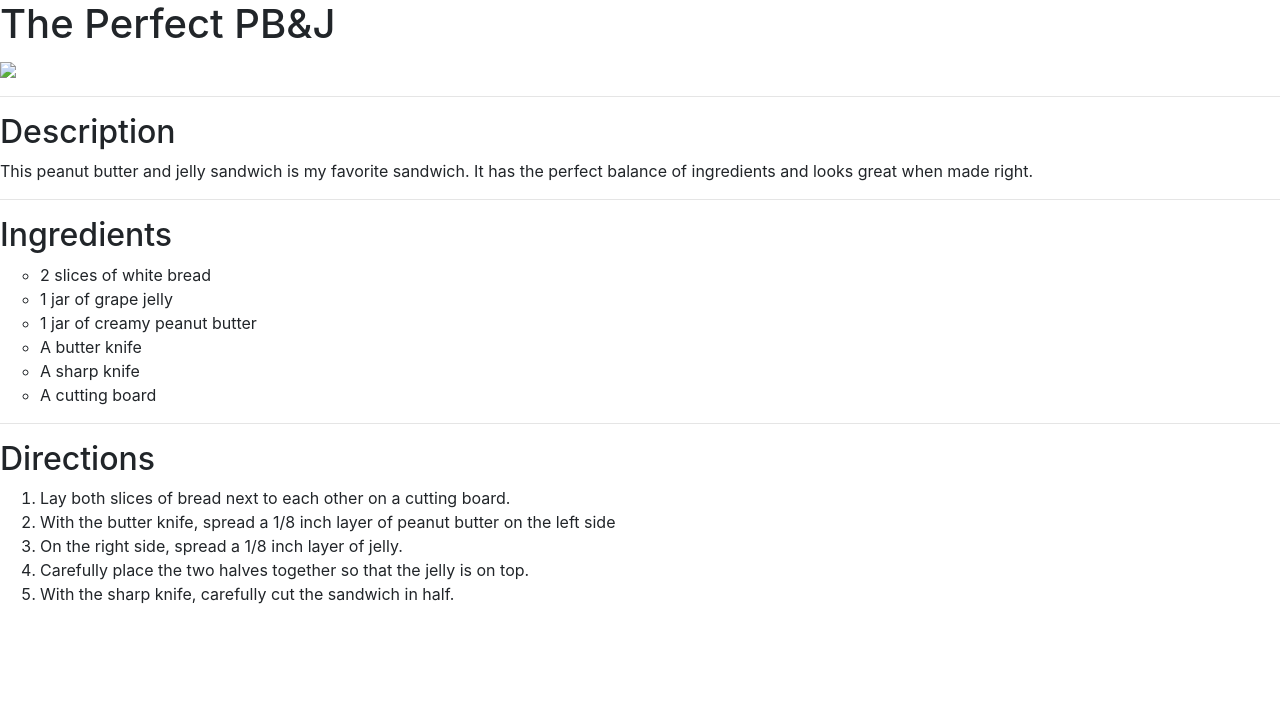
Repository: 9-5-pursuit/lab-intro-to-html
Page: recipe.html
An editor plug-in stored every save of this project. The page is shown before and after the next save, followed by the edit.
The browser window is 1280 px wide. The pictures show the whole page.

Above is the page before, as saved 2023-02-28 08:40:10.
Not found: images/pbjSandwich.png/bootstrap/lonely-tree.jpg

### recipe.html
<!DOCTYPE html>
<html lang="en">
  <head>
    <meta charset="UTF-8" />
    <meta http-equiv="X-UA-Compatible" content="IE=edge" />
    <meta name="viewport" content="width=device-width, initial-scale=1.0" />
    <link rel="stylesheet" href="https://maxcdn.bootstrapcdn.com/bootstrap/4.0.0/css/bootstrap.min.css">
    <title>The Perfect Sandwich</title>
  </head>
  <body>
    <div id= "header" class="header">
        <h1>The Perfect PB&J</h1>
        <img src="images/pbjSandwich.png/bootstrap/lonely-tree.jpg" class="img-fluid">

      <hr />
    </div>
    <div id="content" class="content">
        <div>
            <h2>Description</h2>
                <p>
                    This peanut butter and jelly sandwich is my favorite sandwich. It has the  perfect balance of ingredients and looks great when made right.
                </p>
            </div>
            <hr>
        <div>
            <h2>Ingredients</h2>
            <ul type="circle" >
                <li>2 slices of white bread</li>
                <li>1 jar of grape jelly</li>
                <li>1 jar of creamy peanut butter</li>
                <li>A butter knife</li>
                <li>A sharp knife</li>
                <li>A cutting board</li>
            </ul>
        </div>
      <hr />
      <div>
        <h2>Directions</h2>
        <ol >
          <li>
            Lay both slices of bread next to each other on a cutting board.
          </li>
          <li>
            With the butter knife, spread a 1/8 inch layer of peanut butter on
            the left side
          </li>
          <li>On the right side, spread a 1/8 inch layer of jelly.</li>
          <li>
            Carefully place the two halves together so that the jelly is on top.
          </li>
          <li>With the sharp knife, carefully cut the sandwich in half.</li>
        </ol>
      </div>
    </div>
  </body>
</html>

After the next save:
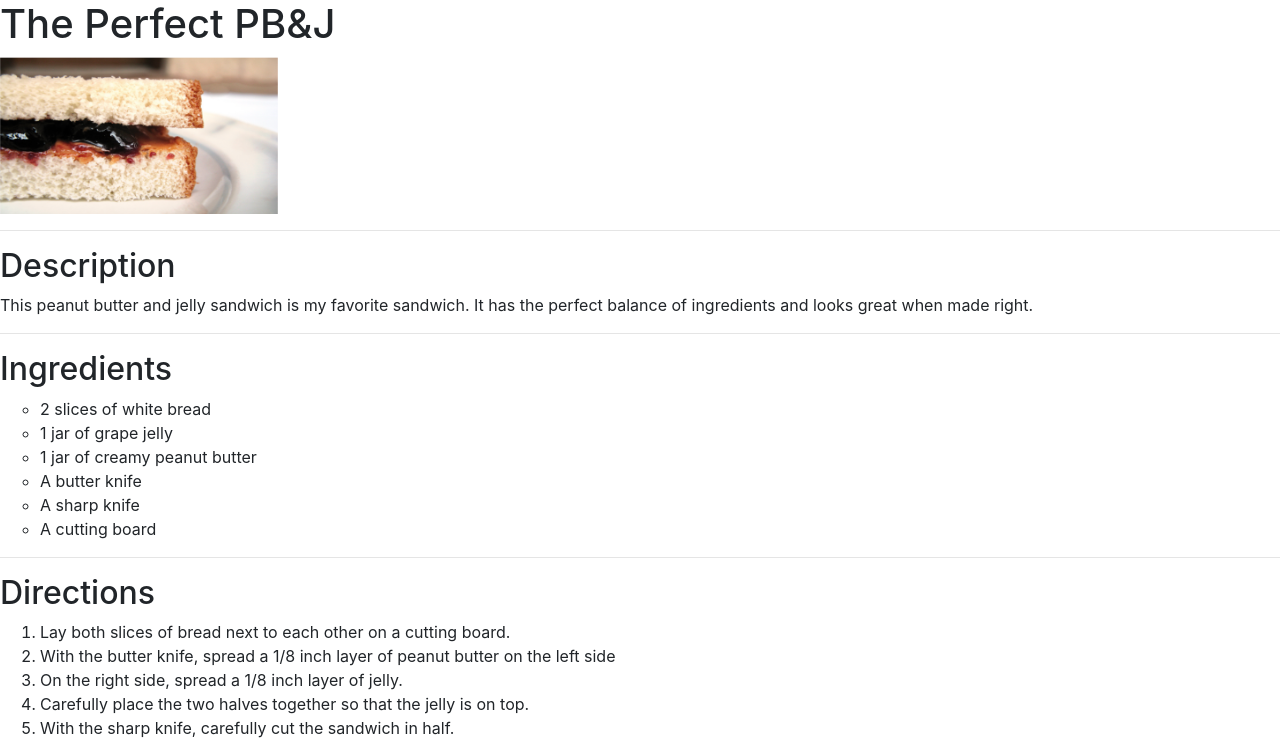
Saved 9 s later.
--- a/recipe.html
+++ b/recipe.html
@@ -10,7 +10,7 @@
   <body>
     <div id= "header" class="header">
         <h1>The Perfect PB&J</h1>
-        <img src="images/pbjSandwich.png/bootstrap/lonely-tree.jpg" class="img-fluid">
+        <img src="images/pbjSandwich.png" class="img-fluid">
 
       <hr />
     </div>
